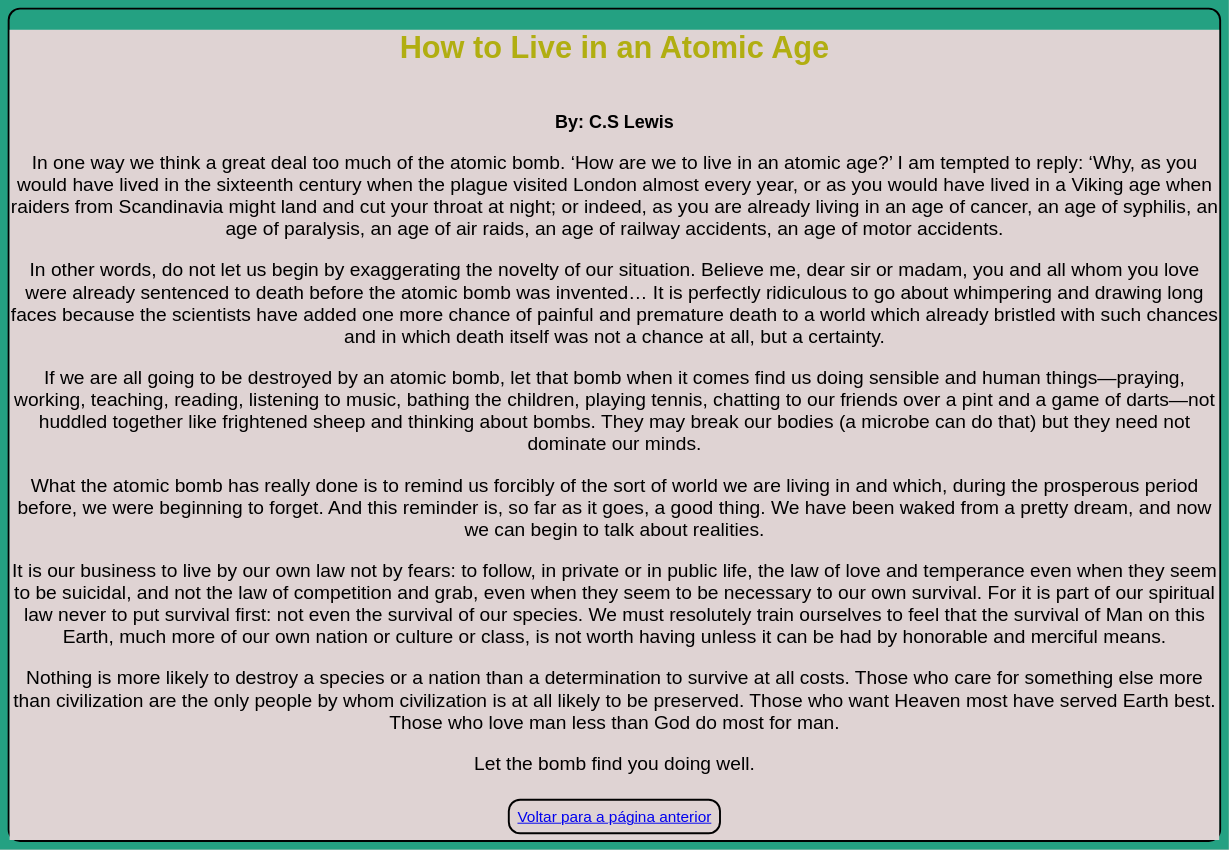
Repository: batmit/FutureFundation.github.io-1
Page: cslewis.html
An editor plug-in stored every save of this project. The page is shown before and after the next save, followed by the edit.
The browser window is 1280 px wide. The pictures show the whole page, at 96% of full size.

Above is the page before, as saved 2021-11-04 12:39:16.

### cslewis.html
<!DOCTYPE html>
<html lang="en">
<head>
    <meta charset="UTF-8">
    <meta http-equiv="X-UA-Compatible" content="IE=edge">
    <meta name="viewport" content="width=device-width, initial-scale=1.0">
    <title>How to Live in an Atomic Age</title>
    <link rel="stylesheet" href="/menu/main.css">
</head>
<body>

    <div id="all">
        <header>

            <h1>How to Live in an Atomic Age</h1>
            <h3>By: C.S Lewis</h3>

        </header>

        <p>In one way we think a great deal too much of the atomic bomb. ‘How are we to live in an atomic age?’ I am tempted to reply: ‘Why, as you would have lived in the sixteenth century when the plague visited London almost every year, or as you would have lived in a Viking age when raiders from Scandinavia might land and cut your throat at night; or indeed, as you are already living in an age of cancer, an age of syphilis, an age of paralysis, an age of air raids, an age of railway accidents, an age of motor accidents.</p>


        <p>In other words, do not let us begin by exaggerating the novelty of our situation. Believe me, dear sir or madam, you and all whom you love were already sentenced to death before the atomic bomb was invented… It is perfectly ridiculous to go about whimpering and drawing long faces because the scientists have added one more chance of painful and premature death to a world which already bristled with such chances and in which death itself was not a chance at all, but a certainty.
        </p>

        <p>If we are all going to be destroyed by an atomic bomb, let that bomb when it comes find us doing sensible and human things—praying, working, teaching, reading, listening to music, bathing the children, playing tennis, chatting to our friends over a pint and a game of darts—not huddled together like frightened sheep and thinking about bombs. They may break our bodies (a microbe can do that) but they need not dominate our minds.
        </p>
        <p>What the atomic bomb has really done is to remind us forcibly of the sort of world we are living in and which, during the prosperous period before, we were beginning to forget. And this reminder is, so far as it goes, a good thing. We have been waked from a pretty dream, and now we can begin to talk about realities.
        </p>
        <p>It is our business to live by our own law not by fears: to follow, in private or in public life, the law of love and temperance even when they seem to be suicidal, and not the law of competition and grab, even when they seem to be necessary to our own survival. For it is part of our spiritual law never to put survival first: not even the survival of our species. We must resolutely train ourselves to feel that the survival of Man on this Earth, much more of our own nation or culture or class, is not worth having unless it can be had by honorable and merciful means.
        </p>
        <p>Nothing is more likely to destroy a species or a nation than a determination to survive at all costs. Those who care for something else more than civilization are the only people by whom civilization is at all likely to be preserved. Those who want Heaven most have served Earth best. Those who love man less than God do most for man.
        </p>
        <p>Let the bomb find you doing well.</p>

        <a href="./index.html">Voltar para a página anterior</a>

    </div>



</body>
</html>

### menu/main.css
body{

    text-align: center;

    border: black 2px solid;

    border-radius: 0.8rem;

    font-family: 'Ubuntu', arial;

    background-color: rgb(36, 161, 130);


}

#articles {
    gap: 3px;
}

#all{

    background-color: rgb(223, 211, 211);

}


#codigo{
    text-align:left;

}


img{
    text-align: center;
    justify-content: center;

}

p{
    font-size: 20px;
    font-family: 'Ubuntu', arial;
}

a{
    border: 2px solid black;

    border-radius: 0.8rem;

    box-sizing: border-box;

    padding: 0.5rem;

    line-height:3rem;

    margin: 2px;


}

a:hover{

    background-color:#F0FFFF;

}

h1{

    margin-bottom: 3rem;

    color: rgb(177, 174, 17);

}

audio {
    -webkit-transition:all 0.5s linear;
    -moz-transition:all 0.5s linear;
    -o-transition:all 0.5s linear;
    transition:all 0.5s linear;
    -moz-box-shadow: 2px 2px 4px 0px #006773;
    -webkit-box-shadow:  2px 2px 4px 0px #006773;
    box-shadow: 2px 2px 4px 0px #006773;
    -moz-border-radius:7px 7px 7px 7px ;
    -webkit-border-radius:7px 7px 7px 7px ;
    border-radius:7px 7px 7px 7px ;
}

audio:hover, audio:focus, audio:active {

-webkit-box-shadow: 15px 15px 20px rgba(0,0, 0, 0.4);
-moz-box-shadow: 15px 15px 20px rgba(0,0, 0, 0.4);
box-shadow: 15px 15px 20px rgba(0,0, 0, 0.4);
-webkit-transform: scale(1.05);
-moz-transform: scale(1.05);
transform: scale(1.05);

}



@media (max-width: 900px) {


    a{

        display: block;
        line-height: 0.5rem;
        padding: 1rem;

    }

    #img{
        text-align: right;
    }

}

@media (prefers-color-scheme: dark) {
    #all{

        background-color: rgb(90, 73, 73);

    }

    h1{
        color: white
    }

    p{
        color: white;
    }

    a{
        background-color: aqua;
    }

    h3{
        color: white;
    }

    strong {
        color: white;
    }


}

After the next save:
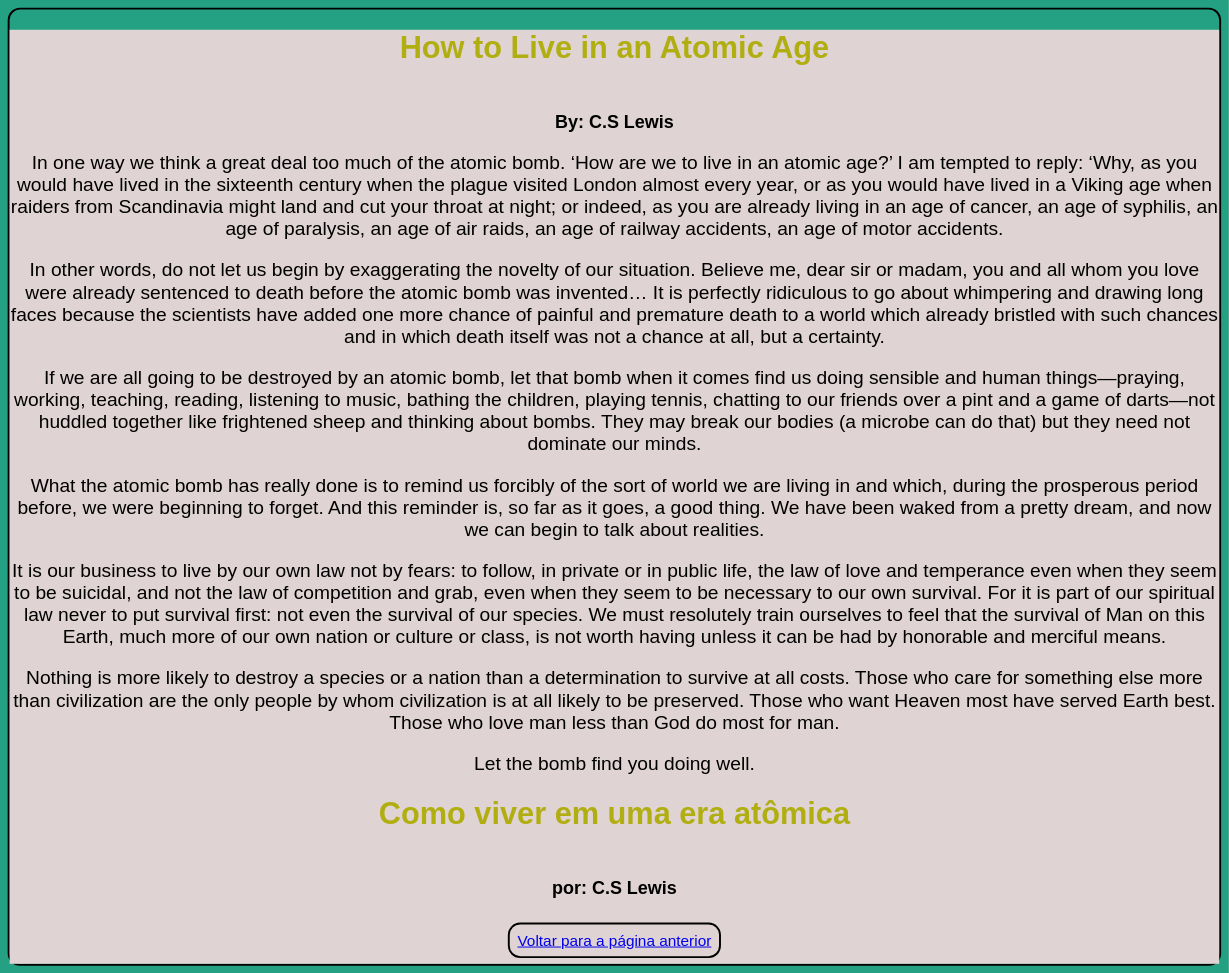
Saved 27 h 1 min later.
--- a/cslewis.html
+++ b/cslewis.html
@@ -33,6 +33,14 @@
         </p>
         <p>Let the bomb find you doing well.</p>
 
+        <header>
+            <h1>Como viver em uma era atômica</h1>
+            <h3>por: C.S Lewis</h3>
+        </header>
+
+
+        <p></p>
+
         <a href="./index.html">Voltar para a página anterior</a>
 
     </div>
